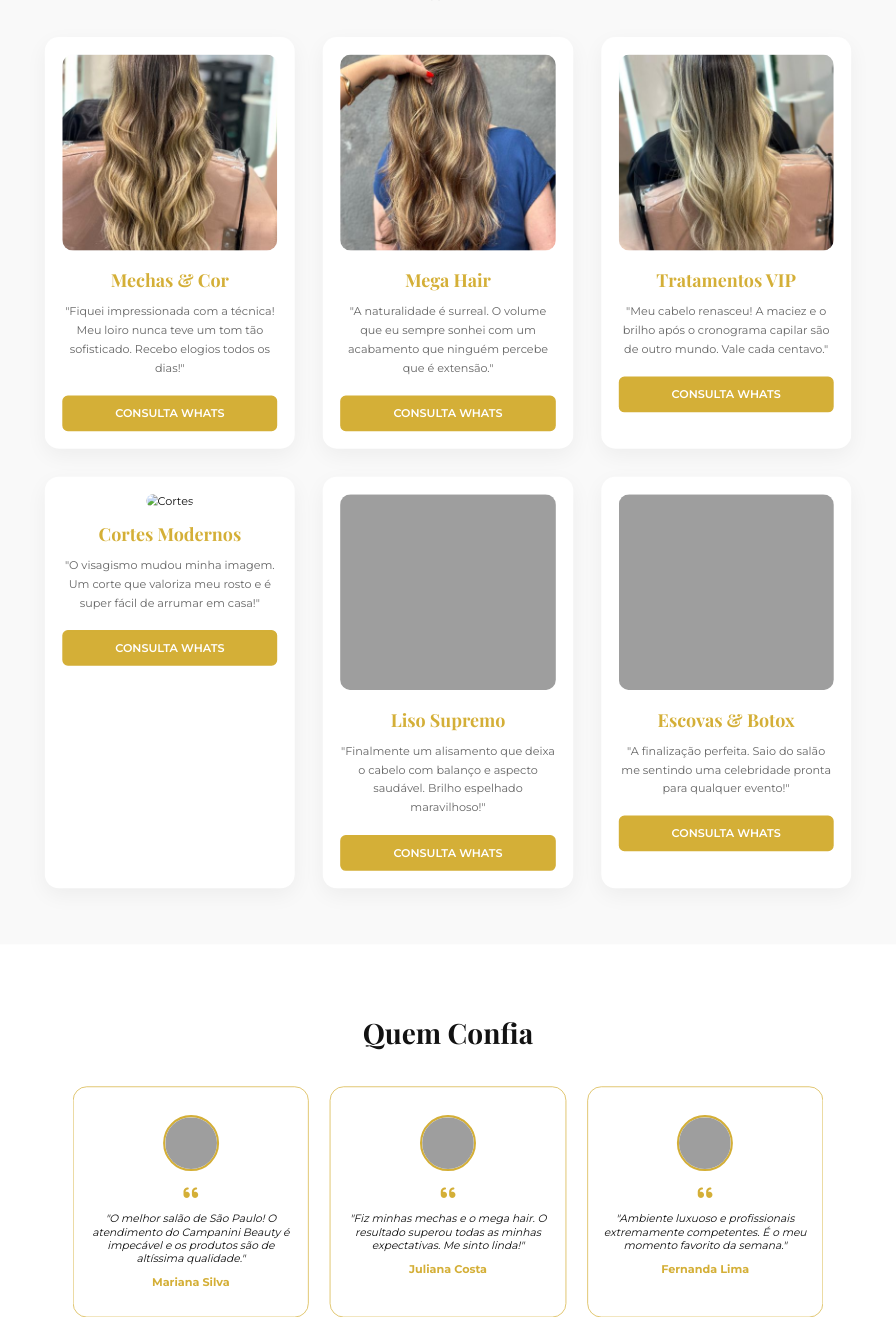
Repository: Sandro1969-tech/campanini-beauty
Page: index.html
The author's editor kept a copy of each file at every save. The page is drawn from the files as they stood at one save, then again after a run of saves.
The browser window is 1280 px wide. The pictures show the part of the page from y = 970 to 2890 px (the page is 3604 px tall), at 70% of full size.
Pictures or frames that could not be fetched are drawn as grey boxes. Some web fonts or font styles are not loaded; a fallback is used.

Above is the page before, as saved 2026-02-17 11:45:04.

After the next 2 saves:
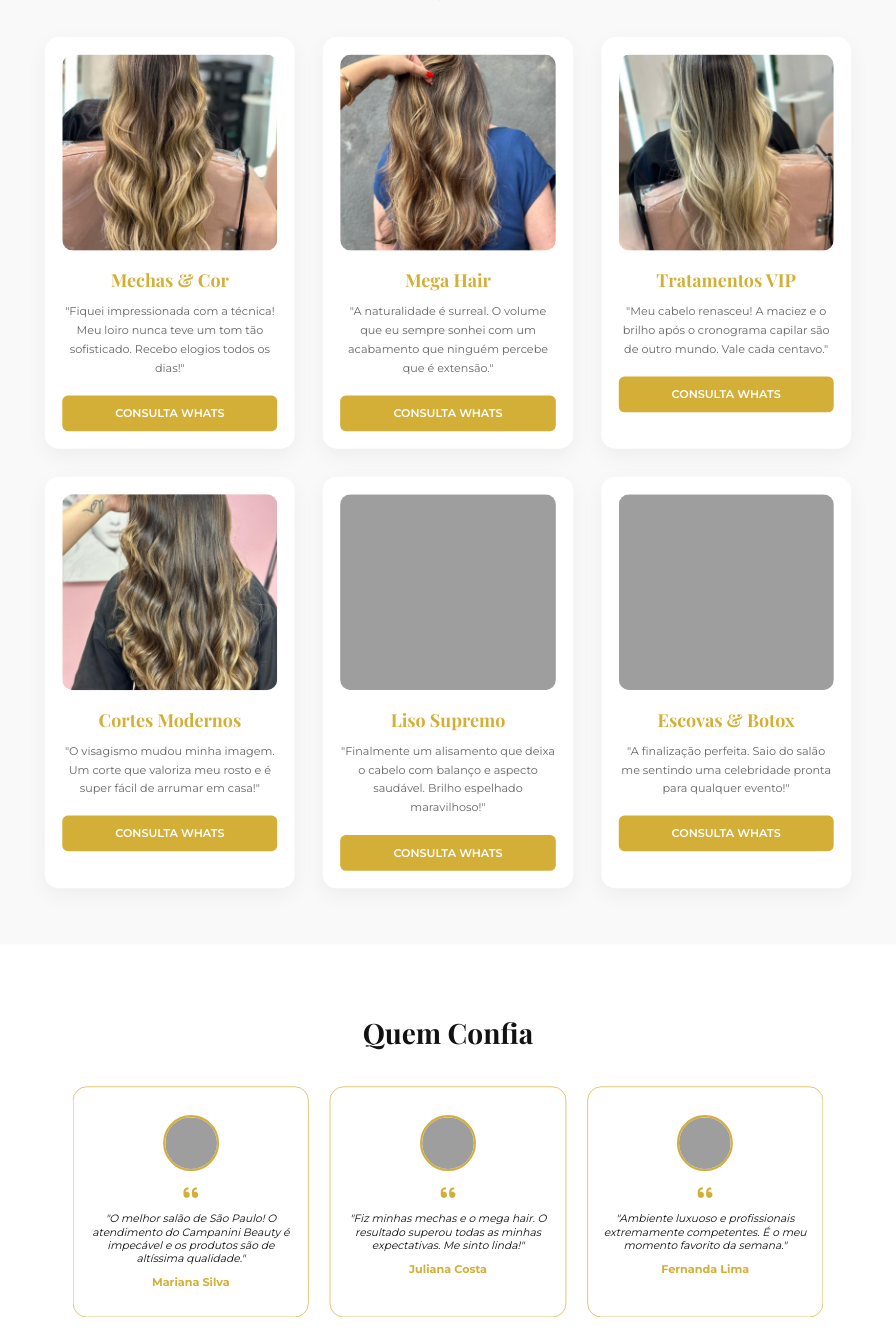
The 2 saves are shown as one change because they came seconds apart.
The last was saved 6 s later.
--- a/index.html
+++ b/index.html
@@ -253,7 +253,7 @@
                 <a href="https://wa.me/5511999999999" class="btn-ws">CONSULTA WHATS</a>
             </div>
             <div class="service-card">
-                <img src="" alt="Cortes">
+                <img src="assets/image/imagem4.jpg" alt="Cortes">
                 <h3>Cortes Modernos</h3>
                 <p>"O visagismo mudou minha imagem. Um corte que valoriza meu rosto e é super fácil de arrumar em casa!"</p>
                 <a href="https://wa.me/5511999999999" class="btn-ws">CONSULTA WHATS</a>
